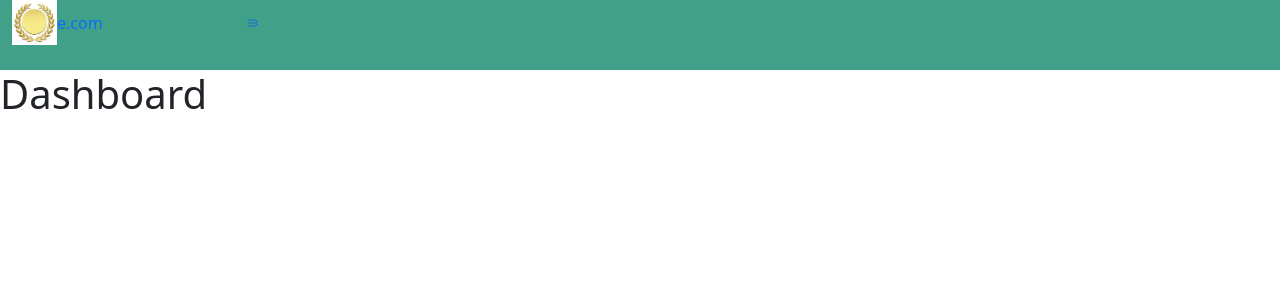
Repository: gautamsonam011/admin-react-dashboard
Page: /
The author's editor kept a copy of each file at every save. The page is drawn from the files as they stood at one save, then again after the next save.
The browser window is 1280 px wide. The pictures show the whole page.
The project was rebuilt for these pictures with package versions that can differ from the ones it lists, and the page was loaded fresh each time.

Above is the page before, as saved 2025-04-14 12:41:55.

After the next save:
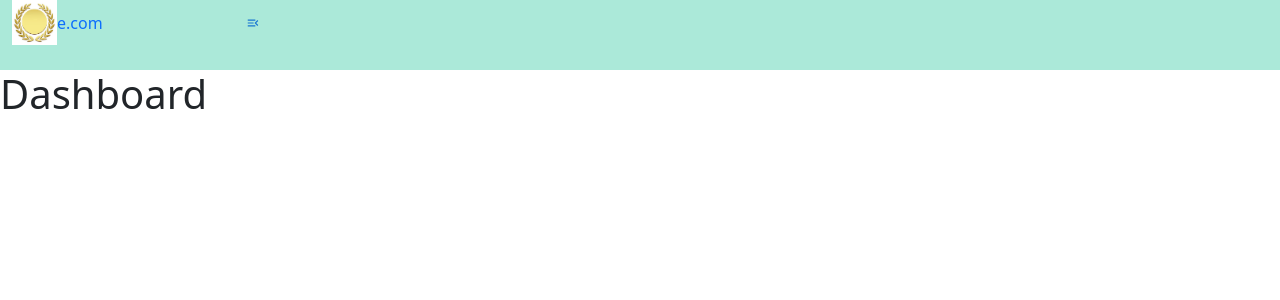
Saved 20 s later.
--- a/src/App.css
+++ b/src/App.css
@@ -9,7 +9,7 @@ body{
 header{
   width:100%;
   height: 70px;
-  background-color:#40a088;
+  background-color:#abe9d9;
 }
 header .logo{
   text-decoration: none;
